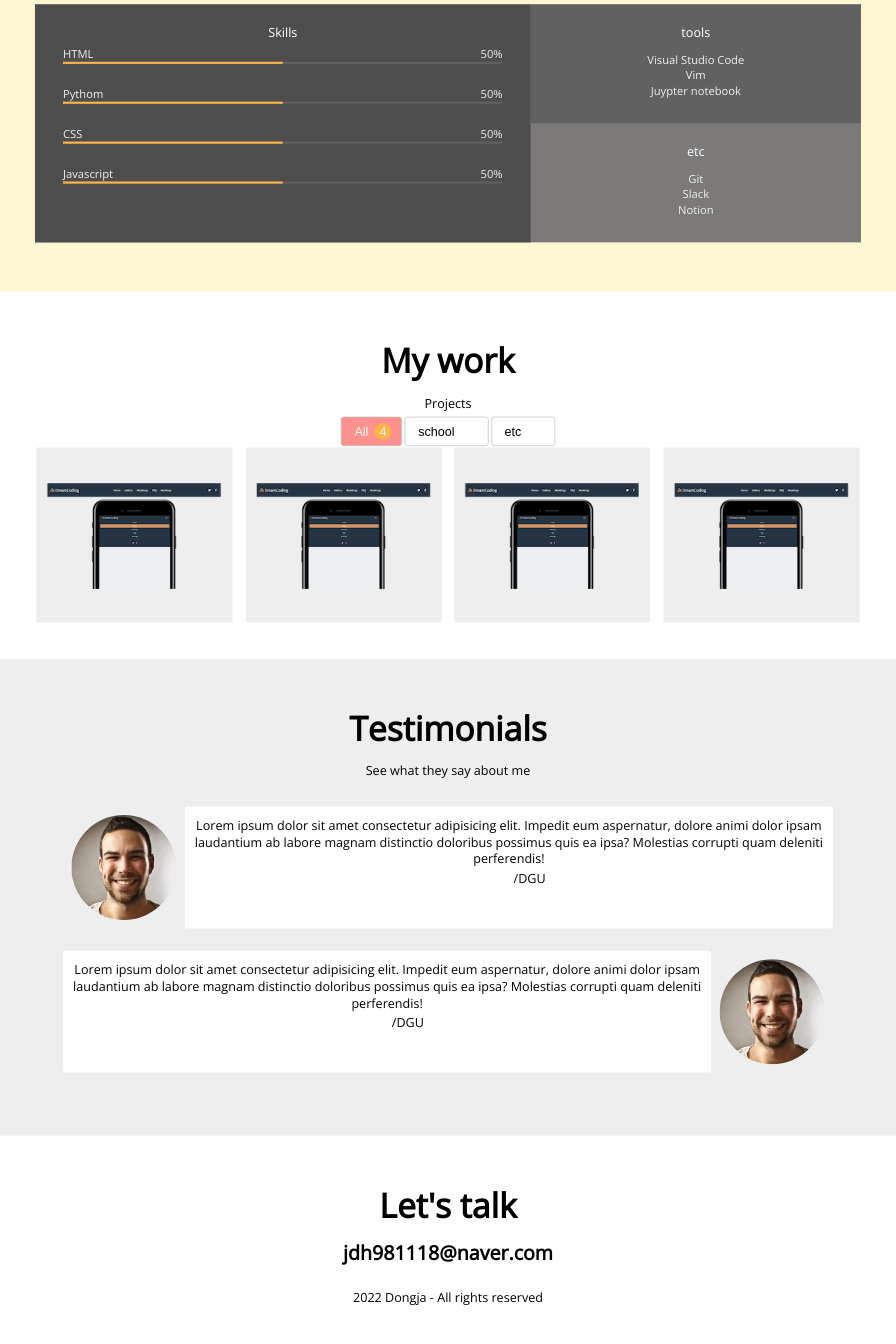
Repository: DongjaJ/portfolio
Page: index.html
The author's editor kept a copy of each file at every save. The page is drawn from the files as they stood at one save, then again after the next save.
The browser window is 1280 px wide. The pictures show the part of the page from y = 1825 to 3745 px (the page is 3745 px tall before and 3697 px after), at 70% of full size.
Some web libraries are served in a nearby version.

Above is the page before, as saved 2022-06-15 21:16:41.

After the next save:
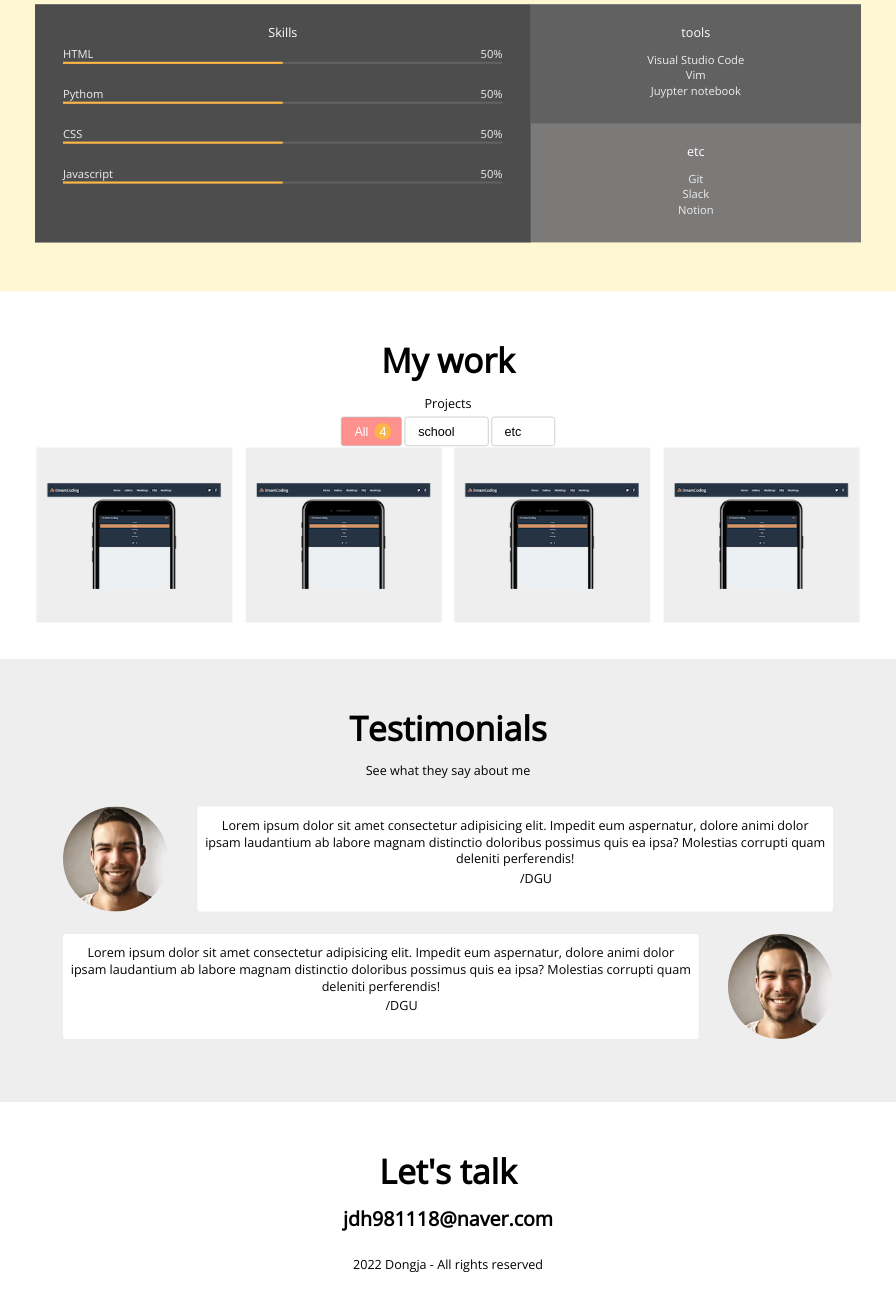
Saved 98 s later.
--- a/style.css
+++ b/style.css
@@ -389,7 +389,13 @@
 .testimonial__avatar{
 	width: 150px;
 	border-radius: 50%;
-	margin: 12px;
+}
+
+.testimonial__avatar:nth-child(odd){
+	margin-right: 42px;
+}
+.testimonial__avatar:nth-child(even){
+	margin-left: 42px;
 }
 
 .testimonial__speech-bubble{
